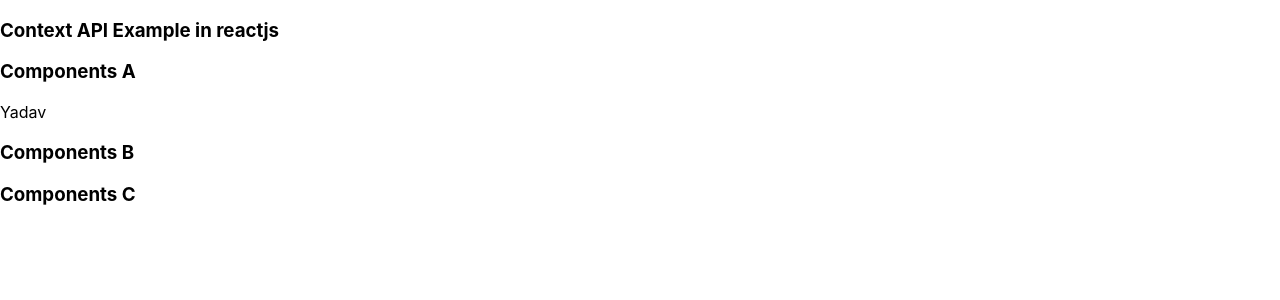
Repository: lalji-yadav/React-Context-API
Page: /
The author's editor kept a copy of each file at every save. The page is drawn from the files as they stood at one save, then again after the next save.
The browser window is 1280 px wide. The pictures show the whole page.
The project was rebuilt for these pictures with package versions that can differ from the ones it lists, and the page was loaded fresh each time. Also part of the build but not shown: src/App.css, src/context/contact.js, src/context/about.js, src/context/home.js.

Above is the page before, as saved 2021-02-11 13:31:36.

After the next save:
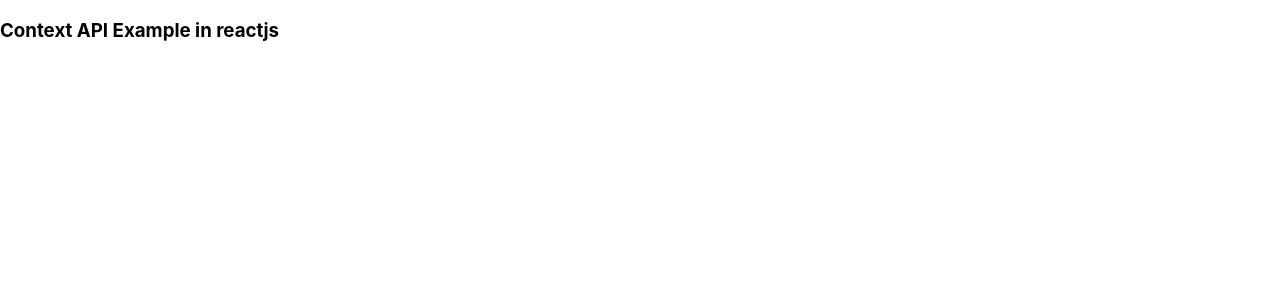
Saved 53 s later.
--- a/src/App.js
+++ b/src/App.js
@@ -31,8 +31,6 @@ function App() {
     <div>
       <h3> Context API Example in reactjs  </h3>
 
-      <A name="Yadav"/>
-
       {/* <ThemeContext.Provider value={contextValues}>
         <Home />
       </ThemeContext.Provider> */}
